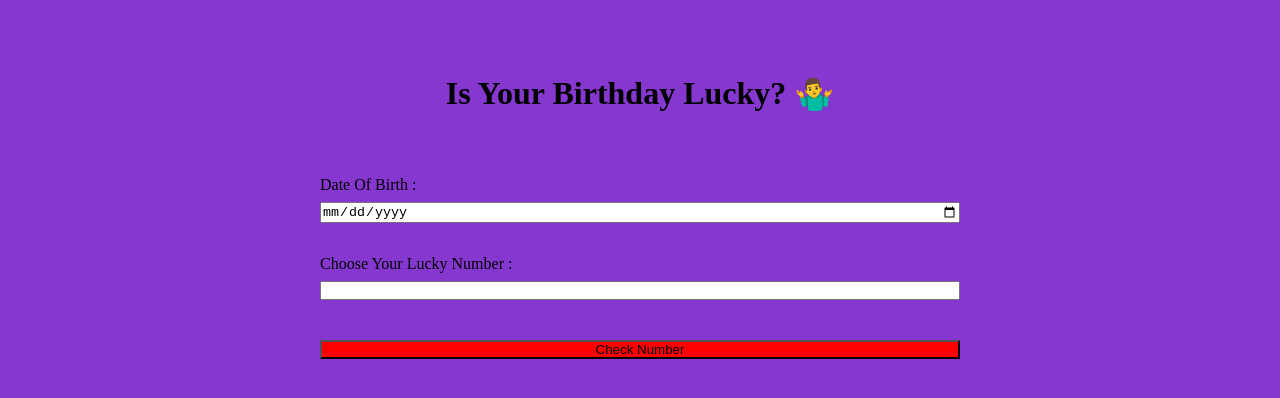
Repository: patelamancode/Lucky-Birthday-App
Page: index.html
An editor plug-in stored every save of this project. The page is shown before and after the next save, followed by the edit.
The browser window is 1280 px wide. The pictures show the whole page.

Above is the page before, as saved 2022-11-21 17:15:01.

### index.html
<!DOCTYPE html>
<html lang="en">
<head>
    <meta charset="UTF-8">
    <meta http-equiv="X-UA-Compatible" content="IE=edge">
    <meta name="viewport" content="width=device-width, initial-scale=1.0">
    <link rel="stylesheet" href="index.css">
    <title>Is your birthday lucky</title>
</head>
<body>
    <div id="main-container">
        <h1 class="app-title">Is Your Birthday Lucky? 🤷‍♂️</h1>
        <label for="date-of-birth" class="dob">Date Of Birth :</label>
        <input type="date" class="selected-dob">
        <label for="lucky-number" class="favourite-number">Choose Your Lucky Number :</label>
        <input type="number" class="user-number">
        <button id="check-btn">Check Number</button>
    </div>

</body>
</html>

### index.css
*{
    margin: 0;
    padding: 0;
}
 body{
    background-color: rgb(134, 55, 207);
 }

 #main-container {
    display: flex;
    flex-direction: column;
    width: 50vw;
    margin: auto;
    margin-top: 2rem;
    padding: 10px;
    text-align: center;
 }

 .app-title{
    margin: 2rem;
 }
 label{
    width: auto;
    text-align: left;
    margin-top: 2rem;
    margin-bottom: 0.5rem;
 }
 /* input{
    -webkit-appearance: none;
    box-shadow: none !important;
 } */
 button{
    margin-top: 2.5rem;
    background-color: red;
    border-radius: 2px solid black;
 }

After the next save:
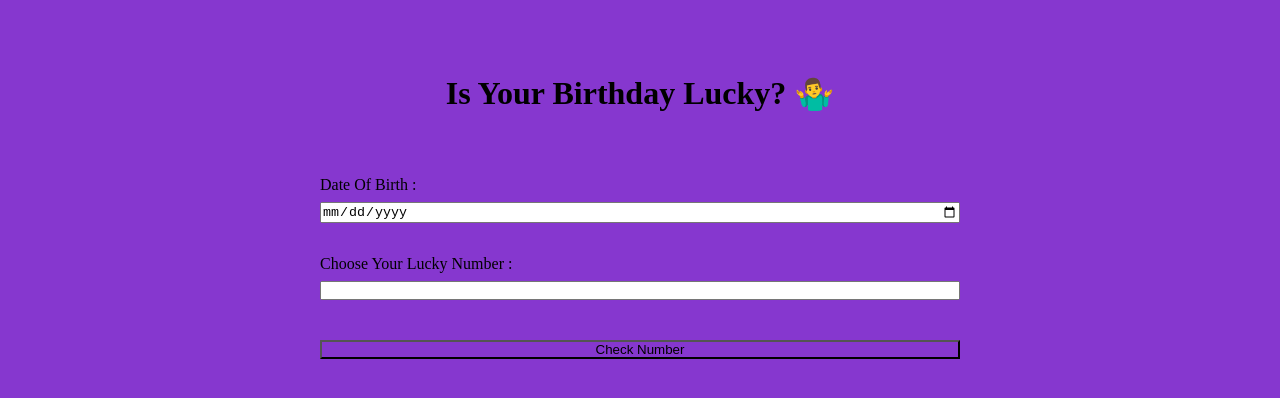
Saved 22 s later.
--- a/index.css
+++ b/index.css
@@ -31,6 +31,6 @@
  } */
  button{
     margin-top: 2.5rem;
-    background-color: red;
+    background-color: rgb(134, 55, 207);
     border-radius: 2px solid black;
  }
